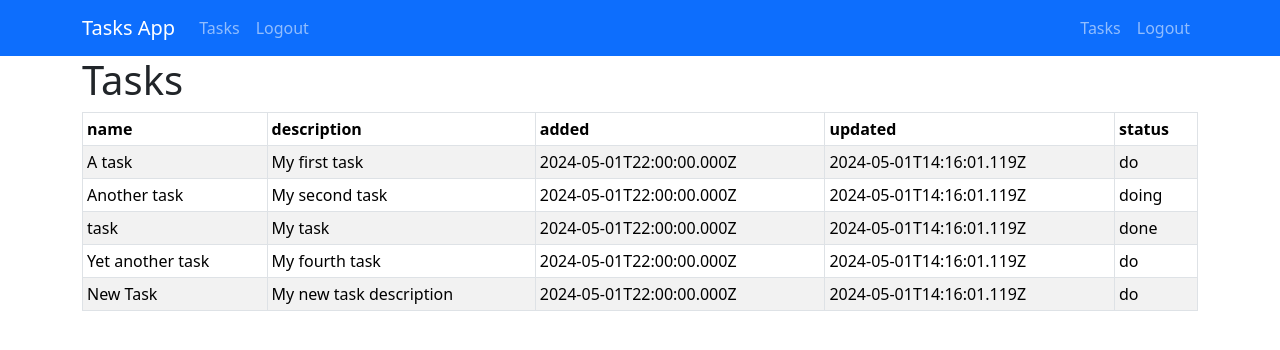
Repository: trider/react-task-app
Page: /tasks
The author's editor kept a copy of each file at every save. The page is drawn from the files as they stood at one save, then again after the next save.
The browser window is 1280 px wide. The pictures show the whole page.
The project was rebuilt for these pictures with package versions that can differ from the ones it lists, and the page was loaded fresh each time. Also part of the build but not shown: src/pages/Login.js.

Above is the page before, as saved 2024-05-02 18:05:20.

After the next save:
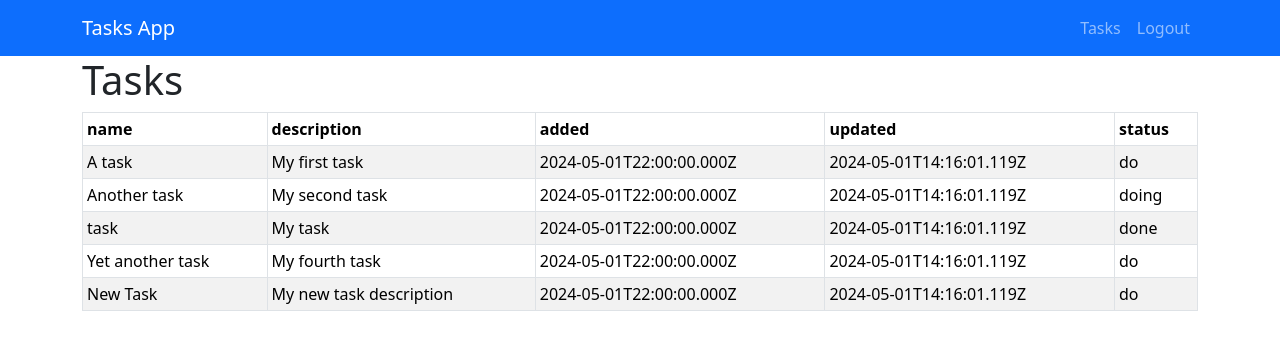
Saved 11 s later.
--- a/src/pages/Task.js
+++ b/src/pages/Task.js
@@ -112,11 +112,10 @@ const NavbarComponent = () => {
         <Navbar.Toggle aria-controls="basic-navbar-nav" />
         <Navbar.Collapse id="basic-navbar-nav">
           <Nav className="me-auto" >
-            <Nav.Link href="/tasks">Tasks</Nav.Link>
-            <Nav.Link href="/login">Logout</Nav.Link>
+
           </Nav>
           <Nav>
-          <Nav.Link href="/tasks">Tasks</Nav.Link>
+            <Nav.Link href="/tasks">Tasks</Nav.Link>
             <Nav.Link href="/login">Logout</Nav.Link>
           </Nav>
         </Navbar.Collapse>
